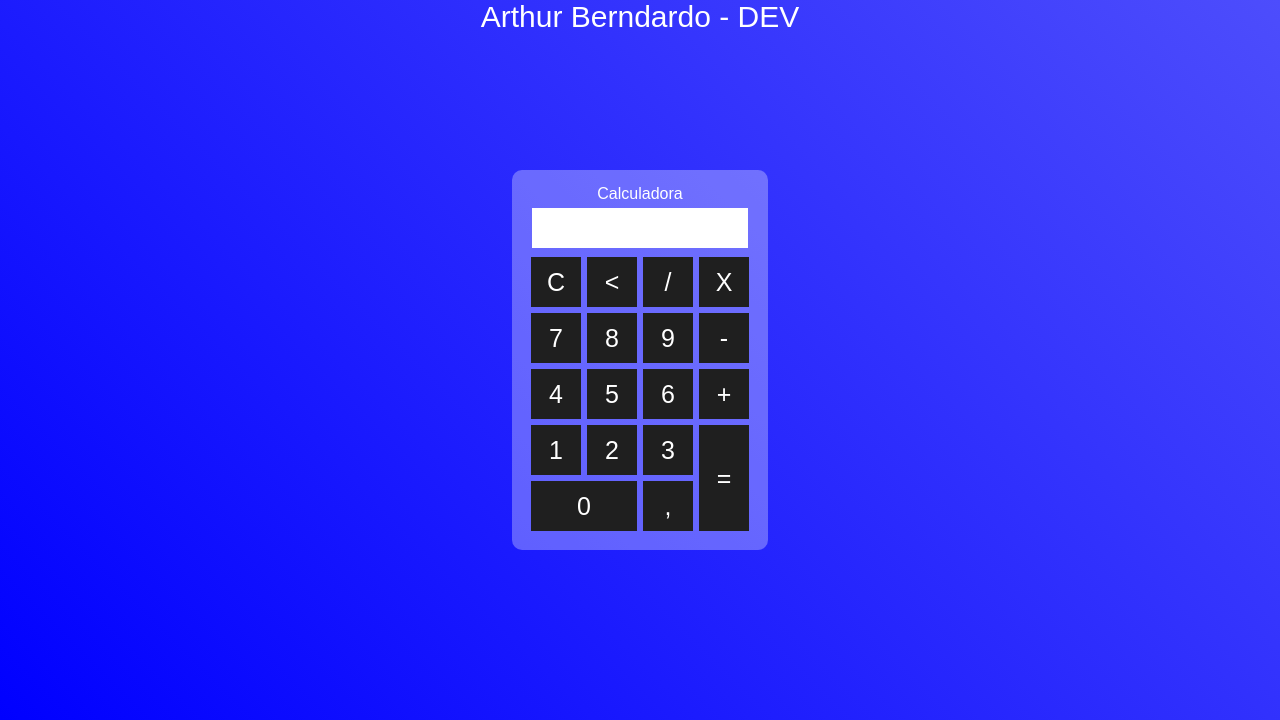
Repository: oThurDev/calculadora
Page: calculadora.html
An editor plug-in stored every save of this project. The page is shown before and after the next save, followed by the edit.
The browser window is 1280 px wide. The pictures show the whole page.

Above is the page before, as saved 2022-02-25 16:41:02.

After the next save:
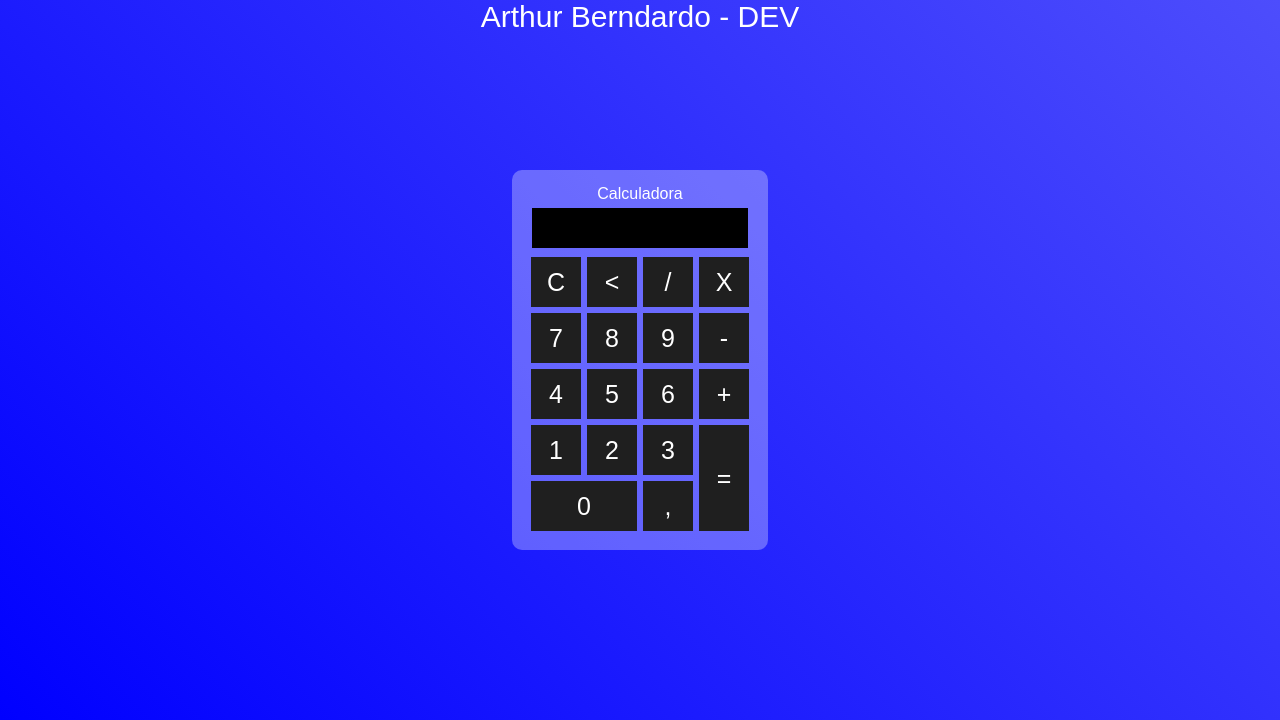
Saved 2 min 53 s later.
--- a/style_calculadora.css
+++ b/style_calculadora.css
@@ -41,7 +41,7 @@
 }
 
 #resultado{
-    background-color: white;
+    background-color: black;
     height: 30px;
     margin: 5px;
     font-size: 20px;
